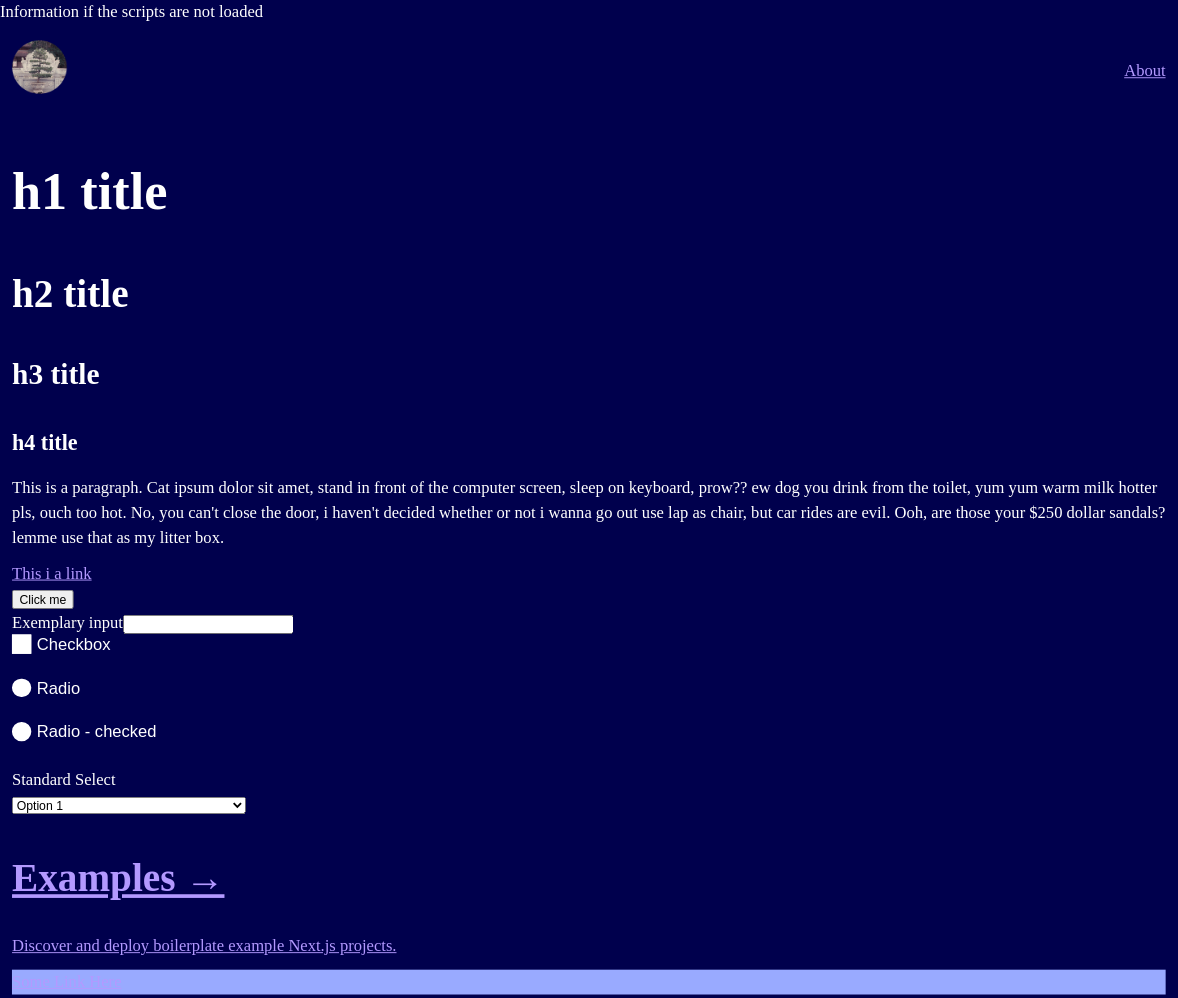
Repository: magiai/scent-app
Page: /
The author's editor kept a copy of each file at every save. The page is drawn from the files as they stood at one save, then again after the next save.
The browser window is 1280 px wide. The pictures show the whole page, at 92% of full size.
The project was rebuilt for these pictures with package versions that can differ from the ones it lists, and the page was loaded fresh each time. The framework's server and built-in components were replaced by stand-ins that run in the browser.

Above is the page before, as saved 2022-05-25 15:13:42.

### pages/_app.tsx

import '../styles/variables.css';
import '../styles/global.css';
import '../styles/forms.css';
import { AppProps } from 'next/app';

function MyApp({ Component, pageProps }: AppProps) {
    return (
        <Component {...pageProps} />
    )
}

export default MyApp

### pages/_document.js
import { Html, Head, Main, NextScript } from "next/document";

export default function Document() {
    return (
        <Html lang="en">
            <Head>
                <meta charset="utf-8" />
                <meta http-equiv="X-UA-Compatible" content="IE=edge" />
                <meta name=" theme-color" content="#fff" />
                <meta name="viewport" content="width=device-width, initial-scale=1" />
                <meta name="robots" content="index, follow" />

                <title key="title">Application title</title>
                <link rel="icon" href="/favicon.ico"></link>
                <link rel="canonical" href="https://website.com/"></link>
                <meta name="description" content="Application description"></meta>

                {/* Open Graph Protocol */}
                <meta property="fb:page_id" content="" />
                <meta property="twitter:site" content="" />

                <meta property="og:title" content="Application title"/>
                <meta property="og:type" content="application"/>
                <meta property="og:url" content="https://website.com"/>
                <meta property="og:site_name" content=""/>
                <meta property="og:description" content="Application description"/>
                <meta property="og:image" content=""/>
                {/* /Open Graph Protocol */}

                <noscript>Information if the scripts are not loaded</noscript>
            </Head>
            <body>
                <Main />
                <NextScript />
            </body>
        </Html>
    )
}

### pages/index.tsx
import Head from 'next/head';
import Layout from '../components/layout';

export default function Home() {
  return (
    <Layout>
      <Head>
        <title key="title">Home</title>
      </Head>

      <main>
        <h1>h1 title</h1>
        <h2>h2 title</h2>
        <h3>h3 title</h3>
        <h4>h4 title</h4>

        <p>
            This is a paragraph. Cat ipsum dolor sit amet, stand in front of the computer screen, sleep on keyboard, prow?? ew dog you drink from the toilet, yum yum warm milk hotter pls, ouch too hot. No, you can't close the door, i haven't decided whether or not i wanna go out use lap as chair, but car rides are evil. Ooh, are those your $250 dollar sandals? lemme use that as my litter box.
        </p>

        <a href='/'>This i a link</a>
        <br />
        <button>Click me</button>
        <br />

        <form>
            <label>
                Exemplary input
                <input id="input-exemple" type="text"/>
            </label>
            <br />
            <label className="form-control">
                <input name="checkbox" type="checkbox"/>
                Checkbox
            </label>
            <br />
            <label className="form-control">
                <input name="radio" type="radio" disabled/>
                Radio
            </label>
            <br />
            <label className="form-control">
                <input name="radio" type="radio"/>
                Radio - checked
            </label>
            <br />
            <label htmlFor="standard-select">Standard Select</label>
            <div className="select">
                <select id="standard-select">
                    <option value="Option 1">Option 1</option>
                    <option value="Option 2">Option 2</option>
                    <option value="Option 3">Option 3</option>
                    <option value="Option 4">Option 4</option>
                    <option value="Option 5">Option 5</option>
                    <option value="Option length">
                    Option that has too long of a value to fit
                    </option>
                </select>
            </div>
        </form>


        <div className="grid">
          <a
            href="https://github.com/vercel/next.js/tree/master/examples"
            className="card"
          >
            <h2>Examples &rarr;</h2>
            <p>Discover and deploy boilerplate example Next.js projects.</p>
          </a>

        </div>
      </main>

    </Layout>
  )
}

### styles/variables.css
:root {
    --color--white: white;
    --color--black: black;

    --hue--base: 255;
    --saturation--base: 100%;
    --lightness--base: 80%;
    --opacity--base: 1;
    --color--lighten: 5%;
    --color--darken: 10%;
    --color--primary: hsla(var(--hue--base), var(--saturation--base), var(--lightness--base), var(--opacity--base));
    --color--primary--active: hsla(var(--hue--base),
                                    var(--saturation--base),
                                    calc(var(--lightness--base) + var(--color--lighten)),
                                    var(--opacity--base));

    --hue--secondary: 240;
    --saturation--secondary: 100%;
    --lightness--secondary: 15%;
    --color--secondary: hsla(var(--hue--secondary), var(--saturation--secondary), var(--lightness--secondary), var(--opacity--base));
    --color--secondary--active: hsla(var(--hue--secondary),
                                var(--saturation--secondary),
                                calc(var(--lightness--secondary) + var(--color--lighten)),
                                var(--opacity--base));

    --hue--error: 360;
    --hue--success: 130;
    --hue--information: 230;
    --color--disabled: hsla(var(--hue--information), 0, calc(var(--lightness--base) - var(--color--darken)), var(--opacity--base));
    --color--information: hsla(var(--hue--information), var(--saturation--base), var(--lightness--base), var(--opacity--base));
    --color--success: hsla(var(--hue--success), var(--saturation--base), var(--lightness--base), var(--opacity--base));
    --color--error: hsla(var(--hue--error), var(--saturation--base), var(--lightness--base), var(--opacity--base));

    --background-color: var(--color--secondary);

    --spacing__ratio: 1.414;
    --spacing__ratio--desktop: 1.618;
    --space--base: 0.5rem;
    --space--xs: var(--space--base);
    --space--s: calc(var(--space--xs) * var(--spacing__ratio));
    --space--m: calc(var(--space--s) * var(--spacing__ratio));
    --space--l: calc(var(--space--m) * var(--spacing__ratio));
    --space--xl: calc(var(--space--l) * var(--spacing__ratio));

    --font-size__ratio: 1.20;
    --font-size__ratio--desktop: 1.333;
    --font-size--base: 1.8rem;
    --font-size--h4: calc(var(--font-size--base) * var(--font-size__ratio));
    --font-size--h3: calc(var(--font-size--h4) * var(--font-size__ratio));
    --font-size--h2: calc(var(--font-size--h3) * var(--font-size__ratio));
    --font-size--h1: calc(var(--font-size--h2) * var(--font-size__ratio));
}

@media only screen and (min-width: 768px) {
    :root {
        --font-size__ratio: var(--font-size__ratio--desktop);
        --spacing__ratio: var(--spacing__ratio--desktop);
    }
}

### styles/global.css
html {
    font-size: 62.5%;
}

*,
*:before,
*:after {
    box-sizing: border-box;
}

body {
    margin: 0;
    color: var(--color--white);
    background-color: var(--background-color);
    font-size: var(--font-size--base);
    line-height: 1.5;
    /* line-height: calc(2px + 2ex + 2px); */
}

p,
li,
h1, h2, h3, h4, h5 {
  overflow-wrap: break-word;
  hyphens: auto;
  margin-bottom: 0.65em;
}

h1 {
    font-size: var(--font-size--h1);
}

h2 {
    font-size: var(--font-size--h2);
}

h3 {
    font-size: var(--font-size--h3);
}

h4 {
    font-size: var(--font-size--h4);
}

h5 {
    font-size: var(--font-size--h5);
}

a {
    color: var(--color--primary);
    padding-top: var(--space--s);
    padding-bottom: var(--space--s);
}

a:hover, a:active, a:focus {
    color: var(--color--primary--active);
}

### styles/forms.css
:root {
    --form-control__color: var(--color--secondary);
    --form-control--disabled: var(--color--disabled);
}

.form-control {
    font-family: system-iu, sans-serif;
    font-size: var(--font-size--base);
    line-height: 1.1;
    display: grid;
    grid-template-columns: 1em auto;
    gap: 0.5em;
}

input[type="radio"],
input[type="checkbox"] {
    --webkit-appearance: none;
    appearance: none;
    background-color: var(--color--white);
    margin: 0;
    font: inherit;
    color: currentColor;
    width: 1.15em;
    height: 1.15em;
    border: 0.15em solid currentColor;
    transform: translateY(-0.075em);
    display: grid;
    place-content: center;
}

input[type="radio"] {
    border-radius: 50%;
}

input[type="radio"]::before,
input[type="checkbox"]::before {
    content: "";
    width: 0.65em;
    height: 0.65em;
    transform: scale(0);
    transition: 120ms transform ease-in-out;
    box-shadow: inset 1em 1em var(--form-control__color);
    background-color: CanvasText;
}

input[type="radio"]::before {
    border-radius: 50%;
}

input[type="radio"]:checked::before,
input[type="checkbox"]:checked::before {
    transform: scale(1);
}

input[type="checkbox"]:checked::before {
    transform: scale(1);
    transform-origin: bottom left;
    clip-path: polygon(14% 44%, 0 65%, 50% 100%, 100% 16%, 80% 0%, 43% 62%);
}

input[type="radio"]:focus,
input[type="checkbox"]:focus {
    outline: max(2px, 0.15em) solid currentColor;
    outline-offset: max(2px, 0.15em);
}

input[type="radio"]:disabled,
input[type="checkbox"]:disabled {
    --form-control__color: var(--form-control--disabled);
    color: var(--form-control--disabled);
    cursor: not-allowed;
}

.form-control + .form-control {
    margin-top: 1em;
}

### components/layout.tsx
import React from 'react';
import Footer from './footer';
import Header from './header';
import styles from './layout.module.css'

export default function Layout({
  children,
  home
}: {
  children: React.ReactNode
  home?: boolean
}) {
    return (
        <div className = {styles.container}>
            <Header/>
            {children}
            <Footer/>
        </div>
    );
}

### components/footer.js
import styles from './footer.module.css';

export default function Footer() {

    return(
        <footer className = {styles.footer}>
            <a
            href="https://vercel.com?utm_source=create-next-app&utm_medium=default-template&utm_campaign=create-next-app"
            target="_blank"
            rel="noopener noreferrer"
            >
            Some Link Here
            </a>
      </footer>
    );
}

### components/header.tsx
import Link from 'next/link';
import Image from 'next/image';
import styles from './header.module.css';

export default function Header() {
    return (
        <header className = {styles.header}>
            <nav className = {styles.navigation}>
                <Link href="/">
                    <a>
                        <Image
                            src = "/images/logo.png"
                            height = {60}
                            width = {60}
                            alt = "Logo"
                        />
                    </a>
                </Link>
                <Link href="/about">
                    <a>About</a>
                </Link>
            </nav>
        </header>
    );
}

### components/layout.module.css
.container {
    padding-left: var(--space--m);
    padding-right: var(--space--m);
}

### components/footer.module.css
.footer {
    background-color: var(--color--information);
}

### components/header.module.css
.header {
    padding-top: var(--space--s);
    padding-bottom: var(--space--s);
}

.navigation {
    width: 100%;
    display: flex;
    flex-direction: row;
    justify-content: space-between;
    align-items: center;
}

After the next save:
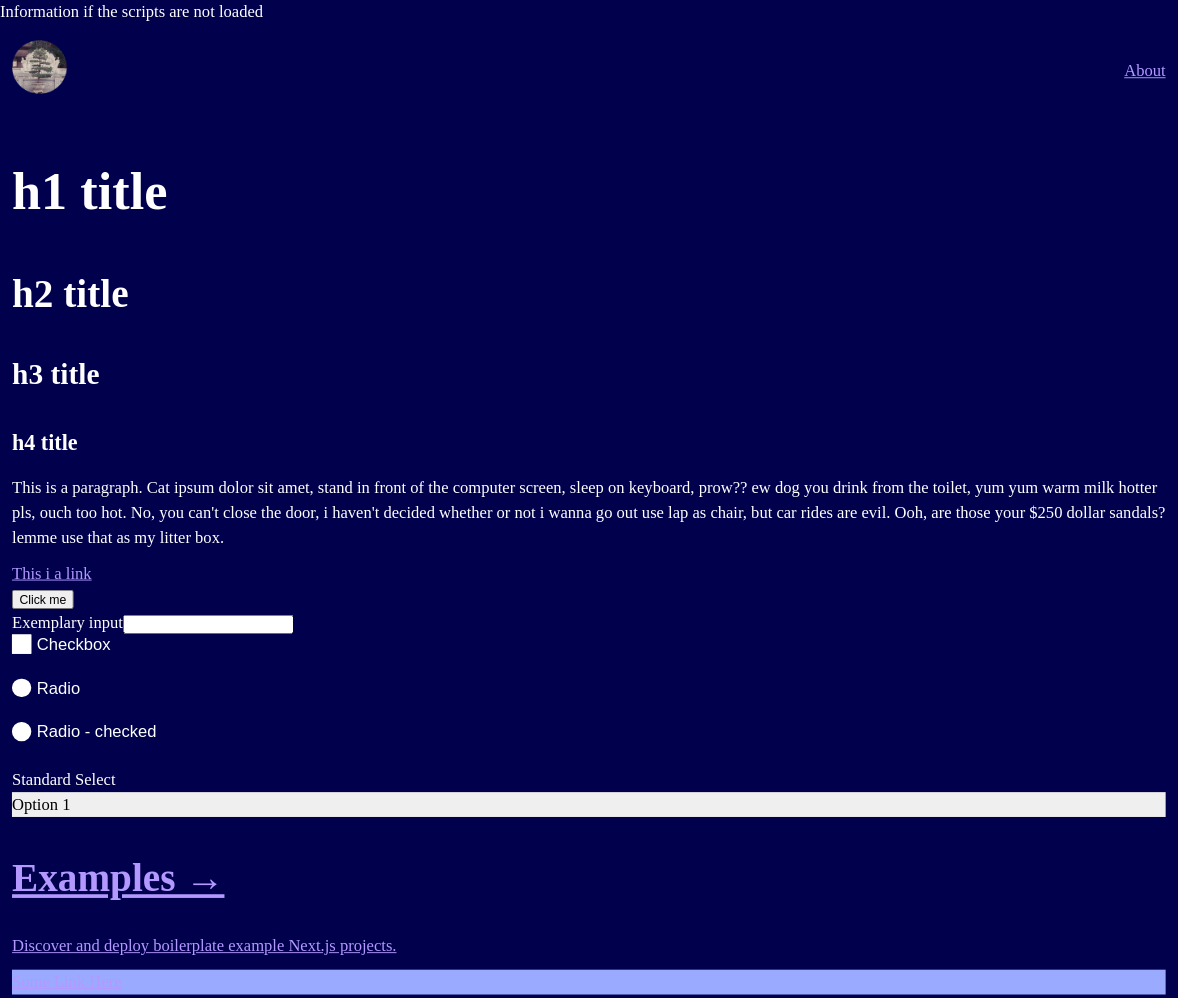
Saved 2 min 2 s later.
--- a/styles/forms.css
+++ b/styles/forms.css
@@ -74,3 +74,16 @@ input[type="checkbox"]:disabled {
 .form-control + .form-control {
     margin-top: 1em;
 }
+
+select {
+    appearance: none;
+    background-color: rbga(0, 0, 0, 0);
+    border: none;
+    padding: 0 1em 0 0;
+    margin: 0;
+    width: 100%;
+    font-family: inherit;
+    font-size: inherit;
+    cursor: inherit;
+    line-height: inherit;
+  }
